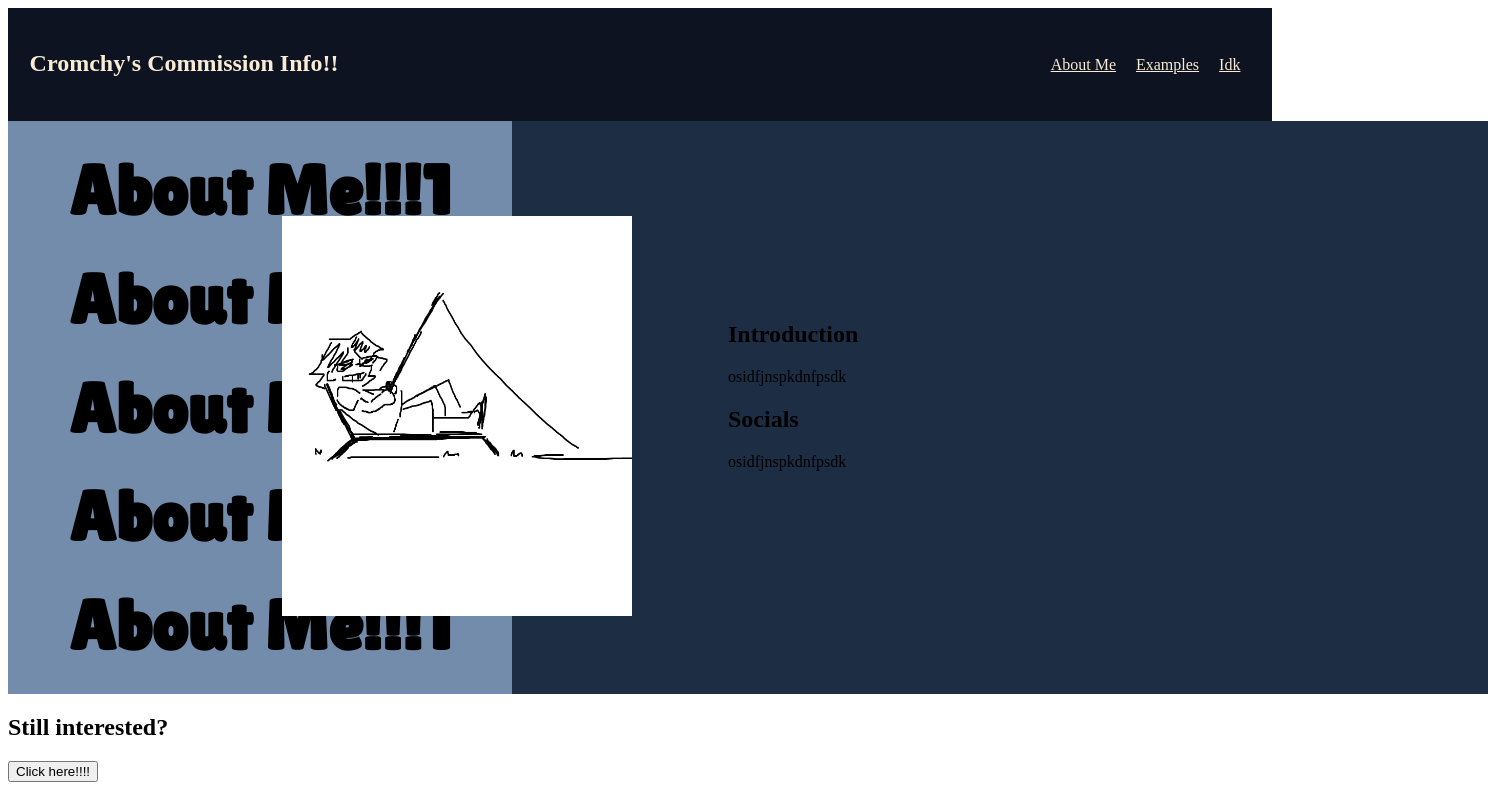
Repository: crackaLack1n/Cromchys_Commission_Site
Page: /
The author's editor kept a copy of each file at every save. The page is drawn from the files as they stood at one save, then again after a run of saves.
The browser window is 1280 px wide. The page is 1488 px wide, so the pictures cover 1488 px, including what lies to the right of the window. The pictures show the whole page.
The project was rebuilt for these pictures with package versions that can differ from the ones it lists, and the page was loaded fresh each time. The framework's server and built-in components were replaced by stand-ins that run in the browser. Also part of the build but not shown: next.config.mjs.

Above is the page before, as saved 2024-06-11 15:08:55.

### pages/_app.js
import "@/styles/globals.css";
import { Fjalla_One } from 'next/font/google'

const fjalla_One = Fjalla_One({
  weight: '400',
  subsets: ['latin'],
})

export default function App({ Component, pageProps }) {
  return <Component {...pageProps} />;
}

### pages/index.js
import Head from "next/head";
import Header from "@/Components/Header";
import Image from "next/image";
import styles from "@/styles/Home.module.css";
import Footer from "@/Components/Footer";
import { Lilita_One } from "next/font/google";


const lilita_One = Lilita_One({ weight: '400', subsets: ["latin"] });



export default function Home() {
  return (
    <>
      <Head>
        <title>Cromchy's Commission</title>
        <meta name="description" content="Generated by create next app" />
        <meta name="viewport" content="width=device-width, initial-scale=1" />
        <link rel="icon" href="/favicon.ico" />
      </Head>

      <Header />

      <main className={`${styles.main}`}>
      <div >
          <Image src={'/images/banner2.png'} height={400} width={350} className={styles.image}></Image>
        </div>
        <div className={styles.mainContainer}>
          <div className={styles.containerLeft}>
            <div className={`${styles.contentLeft} ${lilita_One.className}`}>
              <p>About Me!!!1</p>
              <p>About Me!!!1</p>
              <p>About Me!!!1</p>
              <p>About Me!!!1</p>
              <p>About Me!!!1</p>
            </div>
          </div>
          <div className={styles.containerRight}>
            <div className={styles.contentRight}>
              <h2>Introduction</h2>
              <p>osidfjnspkdnfpsdk</p>
              <h2>Socials</h2>
              <p>osidfjnspkdnfpsdk</p>
            </div>
          </div>
        </div>
      </main>
      <Footer />
    </>
  );
}

### Components/Header/index.js
import Link from "next/link"
import style from './header.module.css';
export default function Header() {
  return (
    <>
      <div className={style.main}>
        <h2>Cromchy's Commission Info!!</h2>
        <nav className={style.nav}>
          <ul className={style.buttons}>
            <li><Link href={`/`}>About Me</Link></li>
            <li><Link href={`/Examples`}>Examples</Link></li>
            <li><Link href={`/Idk`}>Idk</Link></li>
          </ul>
        </nav>
      </div>
    </>
  )
}

### styles/Home.module.css
.main {
  display: flex;
  min-height: 20vh;
  background-color: #748CAB;
}

.mainContainer {
  position: relative;
 display: grid;
 grid-template-columns:  1fr 3fr;
 height: auto;

}

.containerLeft {
  display: flex;
  width: 70vh;
  justify-content: center;
}

.contentLeft p {
  font-size: 70px;
  font-weight: 600;
  margin: 4vh;
}
.containerRight {
  display: flex;
  padding-left: 30vh;
  padding-top: 25VH;
  background-color: #1D2D44;
  width: 100%;
}

.image {
  z-index: 1;
  top: 30%;
  left: 22%;
  position: absolute;
}
/* Mobile */
@media (max-width: 700px) {

}

/* Tablet and Smaller Desktop */
@media (min-width: 701px) and (max-width: 1120px) {

}

### Components/Footer/index.js
export default function Footer() {
  return(
    <>
    <footer>
      <h2>Still interested?</h2>
      <button>Click here!!!!</button>
    </footer>
    </>
  )
}

### Components/Header/header.module.css
.main {
  display: flex;
  justify-content: space-between;
  padding: 3vh;
  background-color: #0D1321;
  color: antiquewhite;
}


.nav {
justify-content: end;

}

.buttons {
  display: flex;

}

.buttons li {
  padding: 10px;
  list-style-type: none;
  color: antiquewhite;
}

.buttons a {
  color: antiquewhite;
}

Loaded but not shown: pages/_document.js (common file); styles/globals.css (common file)

After the next 2 saves:
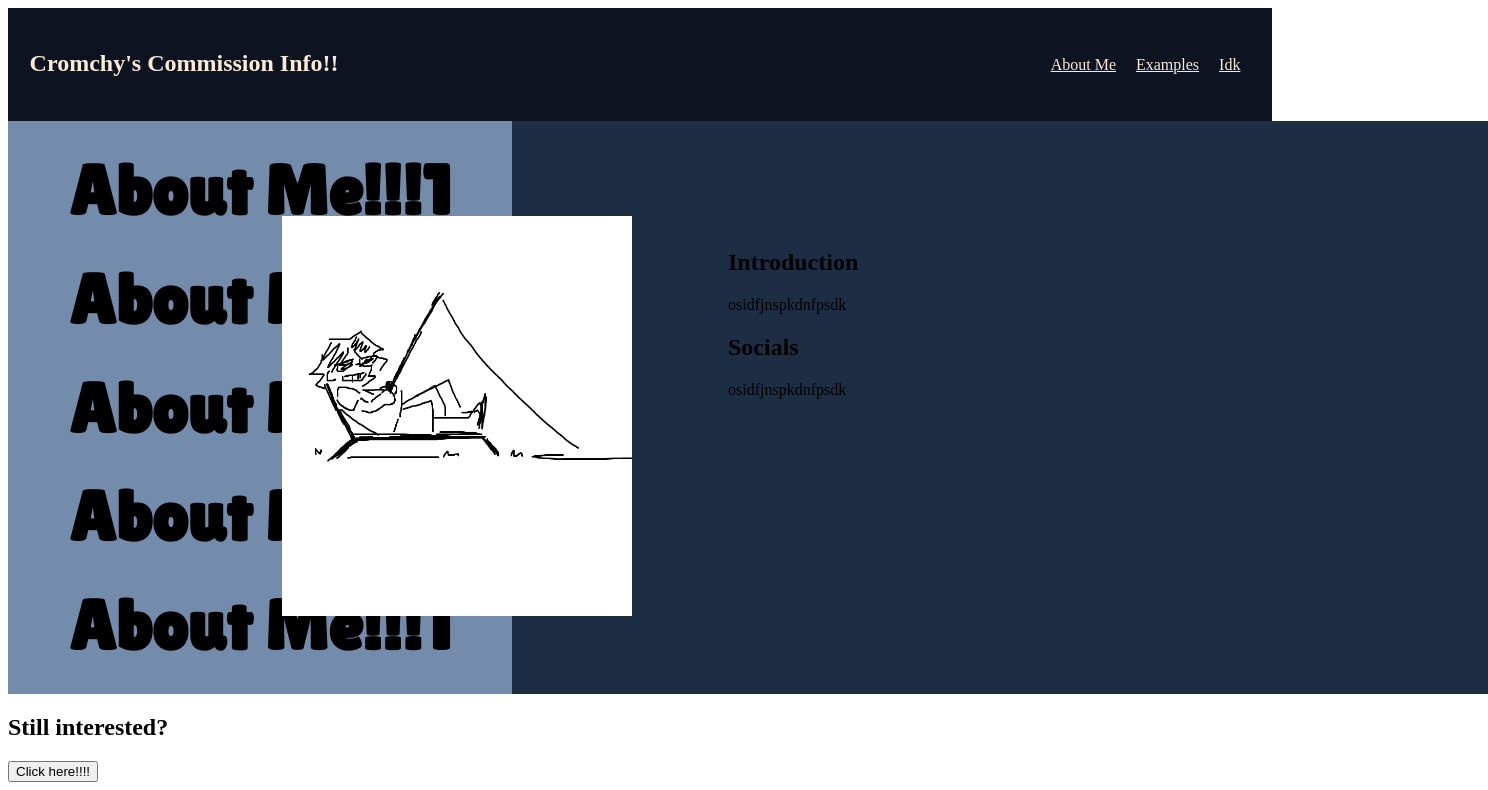
The 2 saves are shown as one change because they came seconds apart.
The last was saved 9 s later.
--- a/styles/Home.module.css
+++ b/styles/Home.module.css
@@ -26,7 +26,7 @@
 .containerRight {
   display: flex;
   padding-left: 30vh;
-  padding-top: 25VH;
+  padding-top: 15vh;
   background-color: #1D2D44;
   width: 100%;
 }
